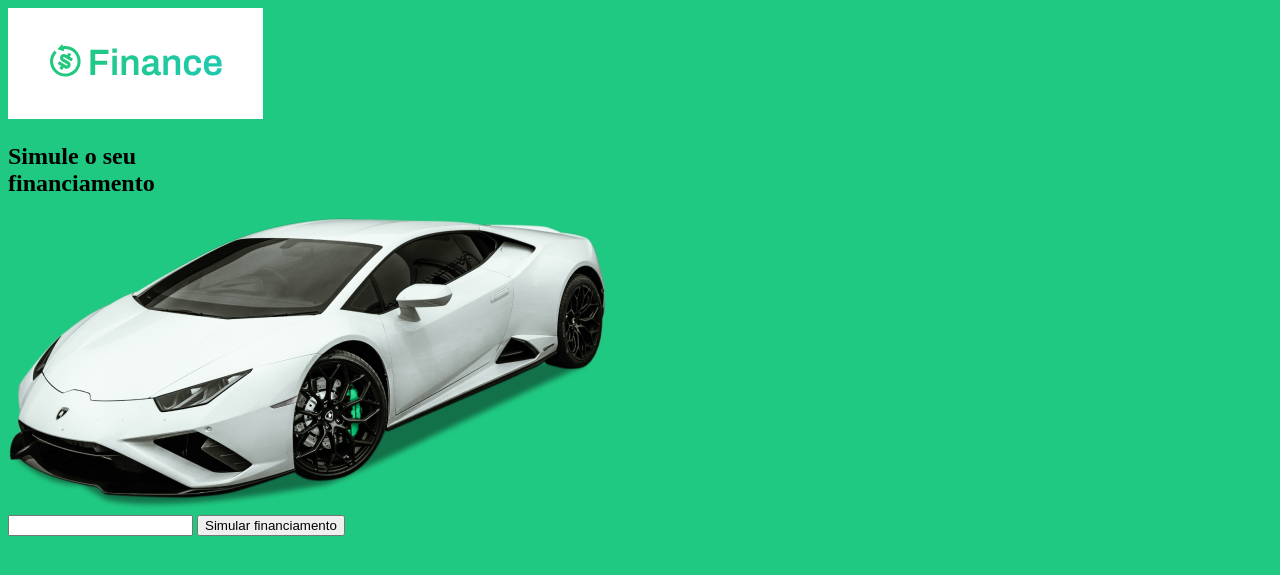
Repository: ramoncbarbosa/Atividade3deWeb2
Page: index.html
An editor plug-in stored every save of this project. The page is shown before and after a run of saves, followed by the edit.
The browser window is 1280 px wide. The pictures show the whole page.

Above is the page before, as saved 2023-10-06 20:54:35.

After the next 2 saves:
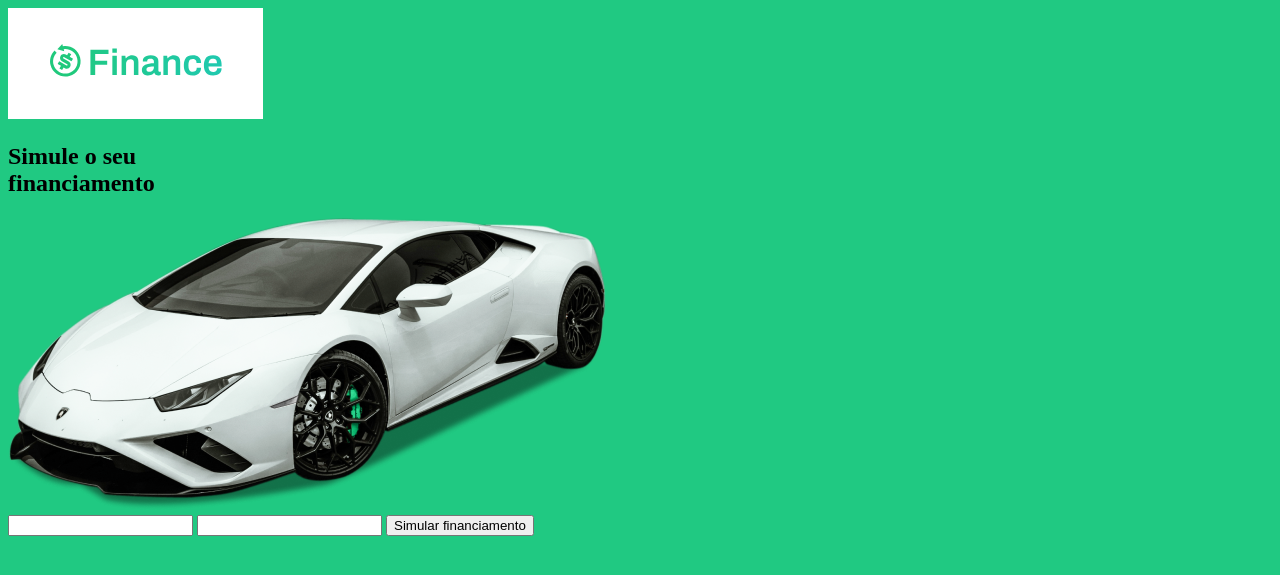
The 2 saves are shown as one change because they came seconds apart.
The last was saved 6 s later.
--- a/index.html
+++ b/index.html
@@ -21,6 +21,7 @@
         <div>
             <title class="div-textinho2">Preencha os campos e simule<br> o seu financiamento.</title>
             <input class="div-input1" type="number" name="" id="">
+            <input type="number" name="" id="">
             <button class="botao">Simular financiamento</button>
         </div>
     </div>

After the save that followed:
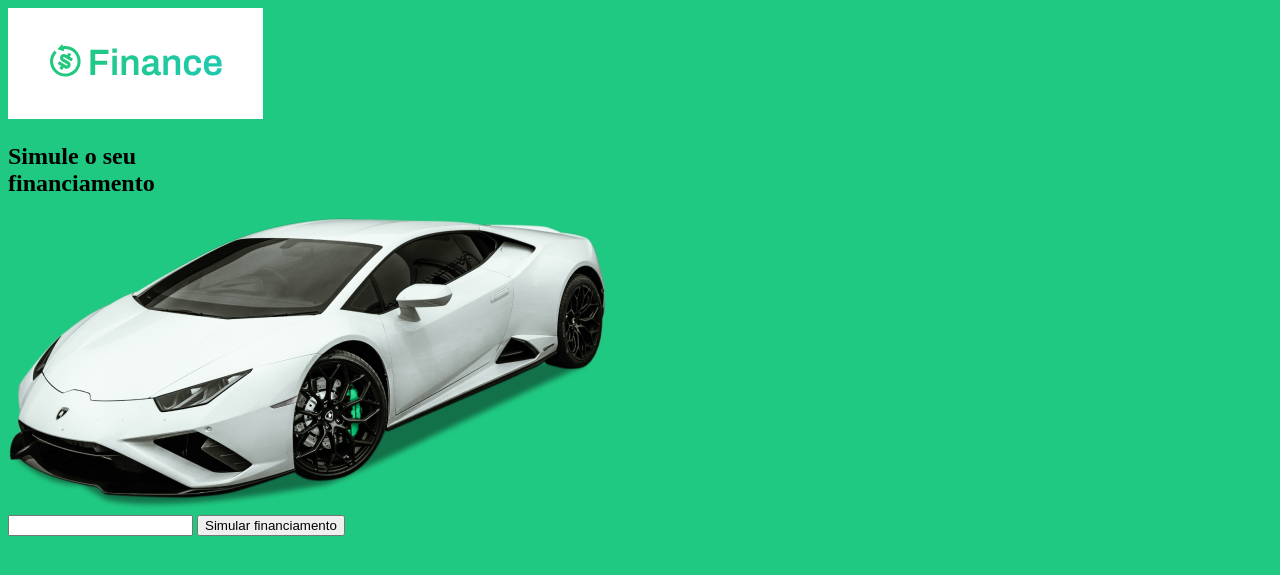
Saved 17 s later.
--- a/index.html
+++ b/index.html
@@ -21,7 +21,7 @@
         <div>
             <title class="div-textinho2">Preencha os campos e simule<br> o seu financiamento.</title>
             <input class="div-input1" type="number" name="" id="">
-            <input type="number" name="" id="">
+
             <button class="botao">Simular financiamento</button>
         </div>
     </div>
